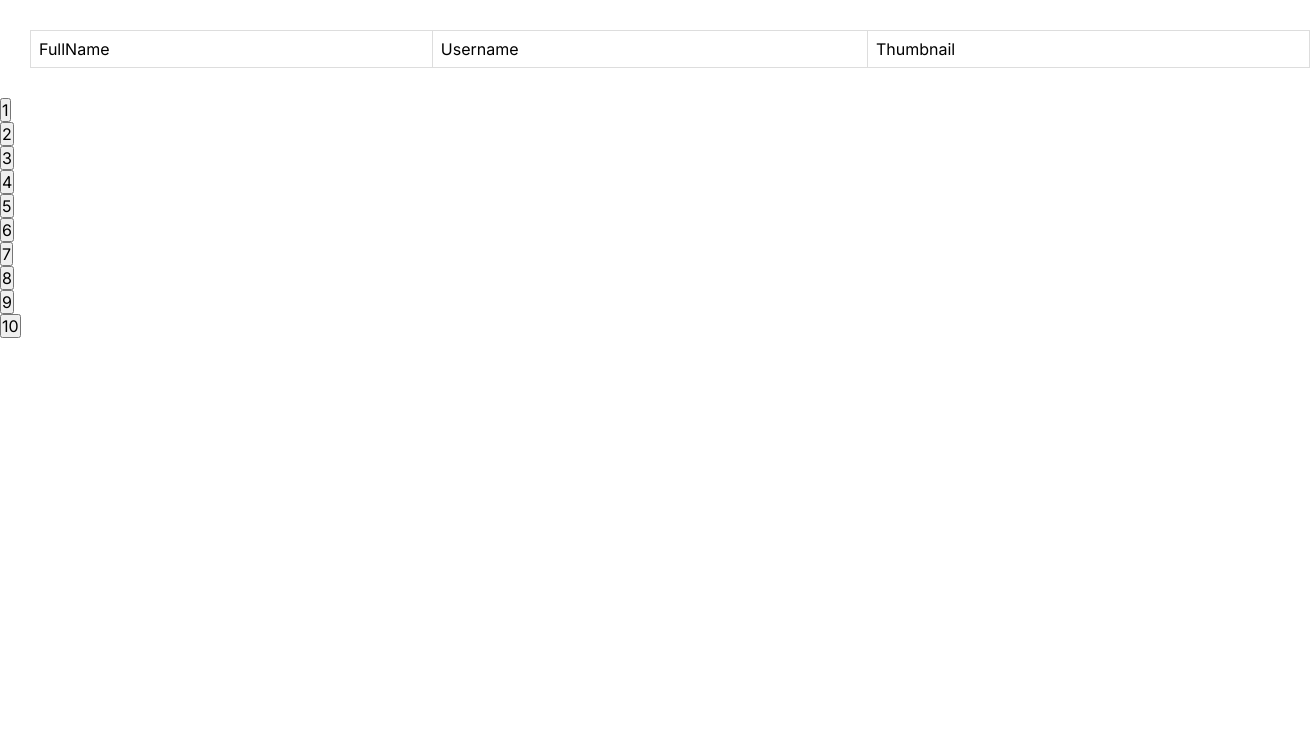
Repository: hoang0508/Test-FrontendReactJs-Twendee
Page: /
An editor plug-in stored every save of this project. The page is shown before and after the next save, followed by the edit.
The browser window is 1280 px wide. The page is 1310 px wide, so the pictures cover 1310 px, including what lies to the right of the window. The pictures show the whole page.
The page's requests for data from a server got no answer. The project was rebuilt for these pictures with package versions that can differ from the ones it lists, and the page was loaded fresh each time. No one was signed in, and anything a server would have sent is missing.

Above is the page before, as saved 2023-02-06 21:26:21.

### src/index.tsx
import React from "react";
import ReactDOM from "react-dom/client";
import "./index.scss";
import App from "./App";
import reportWebVitals from "./reportWebVitals";
import { Provider } from "react-redux";
import store from "./redux/store";

const root = ReactDOM.createRoot(
  document.getElementById("root") as HTMLElement
);
root.render(
  <React.StrictMode>
    <Provider store={store}>
      <App />
    </Provider>
  </React.StrictMode>
);

// If you want to start measuring performance in your app, pass a function
// to log results (for example: reportWebVitals(console.log))
// or send to an analytics endpoint. Learn more: https://bit.ly/CRA-vitals
reportWebVitals();

### src/index.scss
@import url("https://fonts.googleapis.com/css2?family=Inter:wght@300;400;500;600;700&display=swap");
*,
*:before,
*:after {
  box-sizing: border-box;
}
* {
  margin: 0;
  padding: 0;
  font: inherit;
}
img,
picture,
svg,
video {
  display: block;
  max-width: 100%;
}
body {
  min-height: 100vh;
  font-family: "Inter", sans-serif;
}

### src/App.tsx
import UserTable from "./components/UserTable";

function App() {
  return (
    <div>
      <UserTable />
    </div>
  );
}

export default App;

### src/redux/store.tsx
import { configureStore, combineReducers } from "@reduxjs/toolkit";
import usersSlice from "./usersSlice";

const reducer = combineReducers({
  users: usersSlice,
});

const store = configureStore({
  reducer: reducer,
  middleware: (getDefaultMiddleware) =>
    getDefaultMiddleware({
      serializableCheck: false,
    }).concat(),
});

export type RootState = ReturnType<typeof store.getState>;

export type AppDispatch = typeof store.dispatch;

export default store;

### src/components/UserTable.tsx
import React, { useEffect } from "react";
import { useDispatch, useSelector } from "react-redux";
import { RootState } from "../redux/store";
import { fetchDataUser, setCurrentPage } from "../redux/usersSlice";
import { ItemData } from "../utils/type";
import Pagination from "./Pagination";
import { v4 } from "uuid";
import "./UserTable.scss";

const UserTable = () => {
  const usersPerPage = 10;
  // dispatch redux
  const dispatch = useDispatch();
  const { users, currentPage } = useSelector((state: any) => state.users);

  useEffect(() => {
    dispatch(
      fetchDataUser({
        currentPage,
        numberPerPage: usersPerPage,
      })
    );
  }, [currentPage, dispatch, usersPerPage]);

  // Change page
  const handlePaginate = (pageNumber: number) =>
    dispatch(setCurrentPage(pageNumber));

  // Get current users
  const currentUsers = users?.results;
  console.log(
    "🚀 ~ file: UserTable.tsx:28 ~ UserTable ~ currentUsers",
    currentUsers
  );

  return (
    <>
      <div className="userTable">
        <table className="userTable-table">
          <thead>
            <tr>
              <th>FullName</th>
              <th>Username</th>
              <th>Thumbnail</th>
            </tr>
          </thead>
          <tbody>
            {currentUsers &&
              currentUsers.length > 0 &&
              currentUsers.map((user: ItemData) => (
                <tr key={v4()}>
                  <td>
                    <span>{user?.name?.title}</span>
                    <span>{user?.name?.first}</span>
                    <span>{user?.name?.last}</span>
                  </td>
                  <td>{user?.login?.username}</td>
                  <td>
                    <img src={user?.picture?.thumbnail} alt="" />
                  </td>
                </tr>
              ))}
          </tbody>
        </table>
        <Pagination
          usersPerPage={usersPerPage}
          handlePaginate={handlePaginate}
        />
      </div>
    </>
  );
};

export default UserTable;

### src/redux/usersSlice.tsx
import { createAsyncThunk, createSlice } from "@reduxjs/toolkit";
import axios from "../api/apiConfig";

interface IData {
  currentPage: number;
  numberPerPage: number;
}

// Fectch Data Users
export const fetchDataUser: any = createAsyncThunk(
  "users/fetchUsers",
  async (data: IData, thunkAPI) => {
    const res = await axios.get(
      `?page=${data?.currentPage}&results=${data?.numberPerPage}`
    );
    return res;
  }
);

const userSlice = createSlice({
  name: "user",
  initialState: {
    users: [],
    currentPage: 1,
  },
  reducers: {
    setCurrentPage: (state, action) => ({
      ...state,
      currentPage: action.payload,
    }),
  },
  extraReducers: (builder) => {
    // Add reducers for additional action types here, and handle loading state as needed
    builder.addCase(fetchDataUser.fulfilled, (state: any, action) => {
      // Add user to the state array
      state.users = action.payload;
    });
  },
});

export const { setCurrentPage } = userSlice.actions;
export default userSlice.reducer;

### src/components/Pagination.tsx
import { useSelector } from "react-redux";
import { RootState } from "../redux/store";
import { TotalUser } from "../utils/enum";

interface PropsPagination {
  usersPerPage: number;
  handlePaginate: (itemNunber: number) => void;
}

const Pagination = ({ usersPerPage, handlePaginate }: PropsPagination) => {
  const pageNumbers = [];
  for (let i = 1; i <= Math.ceil(TotalUser.TOTAL_USER / usersPerPage); i++) {
    pageNumbers.push(i);
  }
  const { currentPage } = useSelector((state: RootState) => state.users);

  return (
    <nav>
      <ul className="pagination">
        {pageNumbers.map((itemNumber: number) => (
          <li
            key={itemNumber}
            className={`page-item ${
              currentPage === itemNumber ? "active-page" : ""
            }`}
          >
            <button
              onClick={() => handlePaginate(itemNumber)}
              className="page-link"
            >
              {itemNumber}
            </button>
          </li>
        ))}
      </ul>
    </nav>
  );
};

export default Pagination;

### src/components/UserTable.scss
.userTable {
  &-table {
    border-collapse: collapse;
    width: 100%;
    margin: 30px;
  }

  td,
  th {
    border: 1px solid #dddddd;
    text-align: left;
    padding: 8px;
  }

  tr:nth-child(even) {
    background-color: #dddddd;
  }
}

### src/api/apiConfig.ts
import axios from "axios";

const instance = axios.create({
  baseURL: "https://randomuser.me/api/",
});

// Add a request interceptor
instance.interceptors.request.use(
  function (config) {
    // Do something before request is sent
    return config;
  },
  function (error) {
    // Do something with request error
    return Promise.reject(error);
  }
);

// Add a response interceptor
instance.interceptors.response.use(
  function (response) {
    return response && response?.data ? response?.data : response;
  },
  function (error) {
    // Any status codes that falls outside the range of 2xx cause this function to trigger
    // Do something with response error
    return error && error?.message ? error?.message : Promise.reject(error);
  }
);

export default instance;

### src/utils/enum.ts
export enum TotalUser {
  TOTAL_USER = 100,
}

Loaded but not shown: public/index.html (common file); src/reportWebVitals.ts (common file)

After the next save:
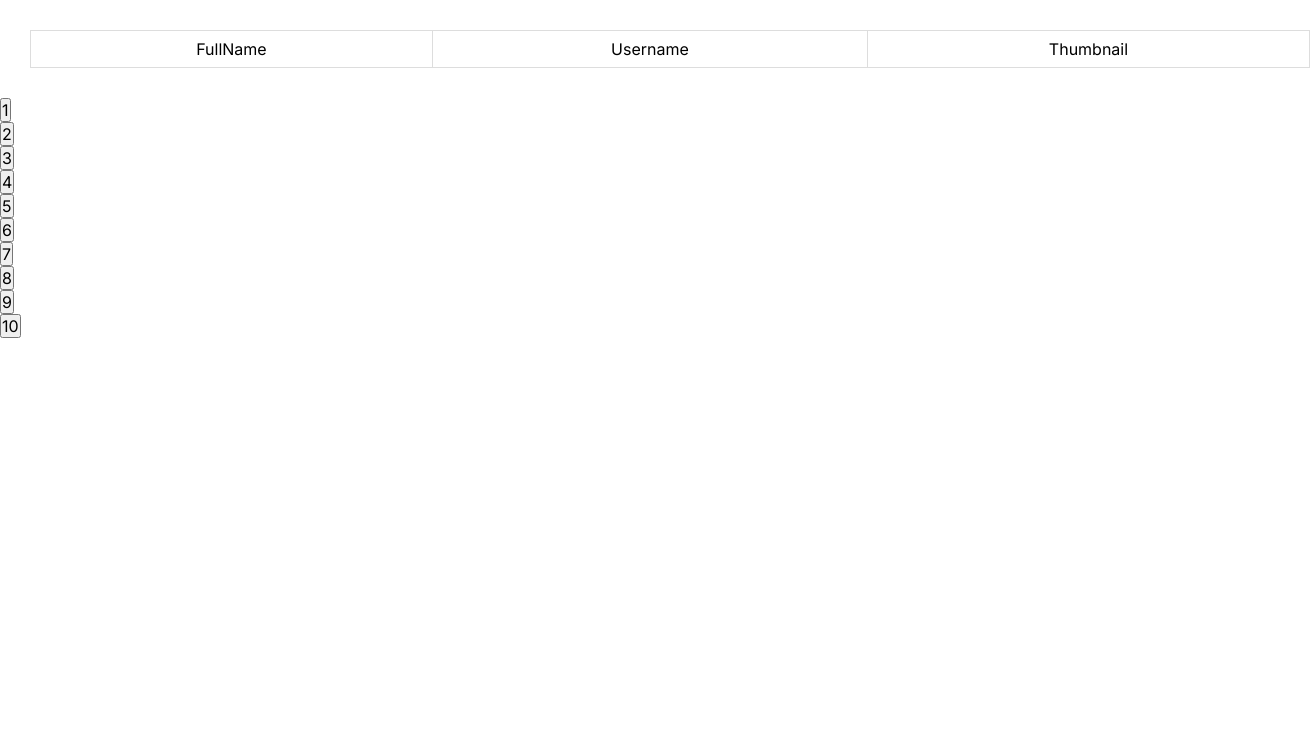
Saved 97 s later.
--- a/src/components/UserTable.scss
+++ b/src/components/UserTable.scss
@@ -8,7 +8,7 @@
   td,
   th {
     border: 1px solid #dddddd;
-    text-align: left;
+    text-align: center;
     padding: 8px;
   }
 
